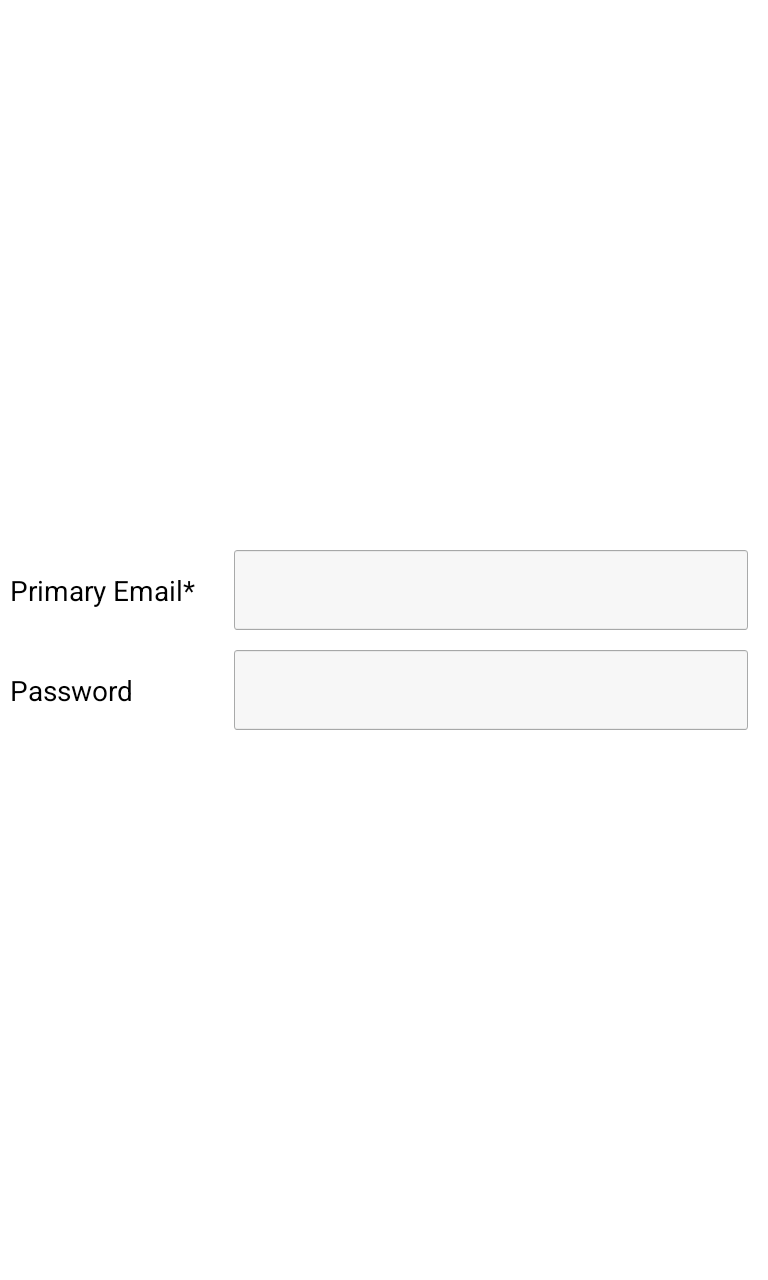
Repository: pankajk7/hotel_mockup
Layout: Hotel_MockUp/res/layout/login_layout.xml
These files come from the project's save history. The layout is drawn as it stood at one moment and after the next save; the edit follows.
It is drawn on a 768 x 1280 px phone screen (xhdpi) without system bars, with theme AppTheme; the app's code is not run.

Above is the layout before, as saved 2014-11-03 09:36:34.

After the next save:
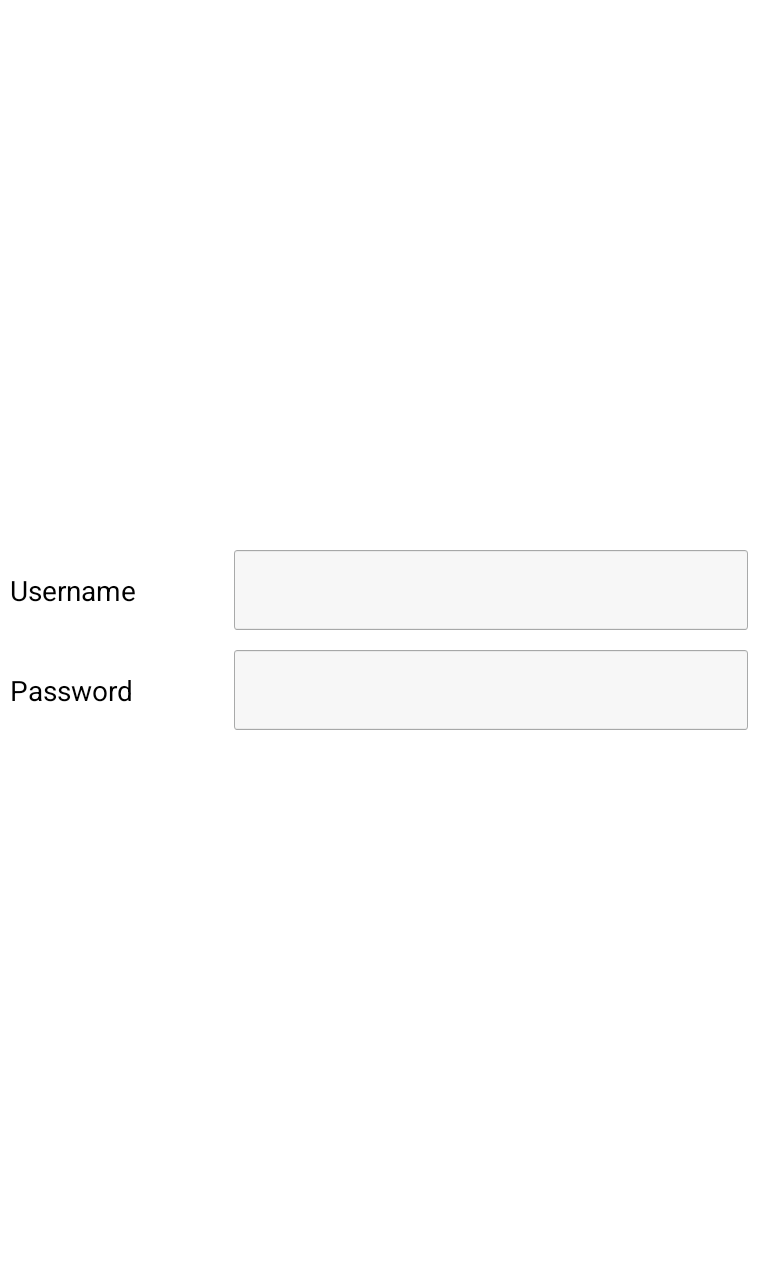
Saved 44 s later.
--- a/Hotel_MockUp/res/layout/login_layout.xml
+++ b/Hotel_MockUp/res/layout/login_layout.xml
@@ -18,7 +18,7 @@
                     android:layout_weight="2.5"
                     style="@style/textviewstyle"
                     android:gravity="center_vertical|left"
-                    android:text="@string/primaryEmail"
+                    android:text="Username"
                     android:textSize="14dp" />
 
                 <EditText
